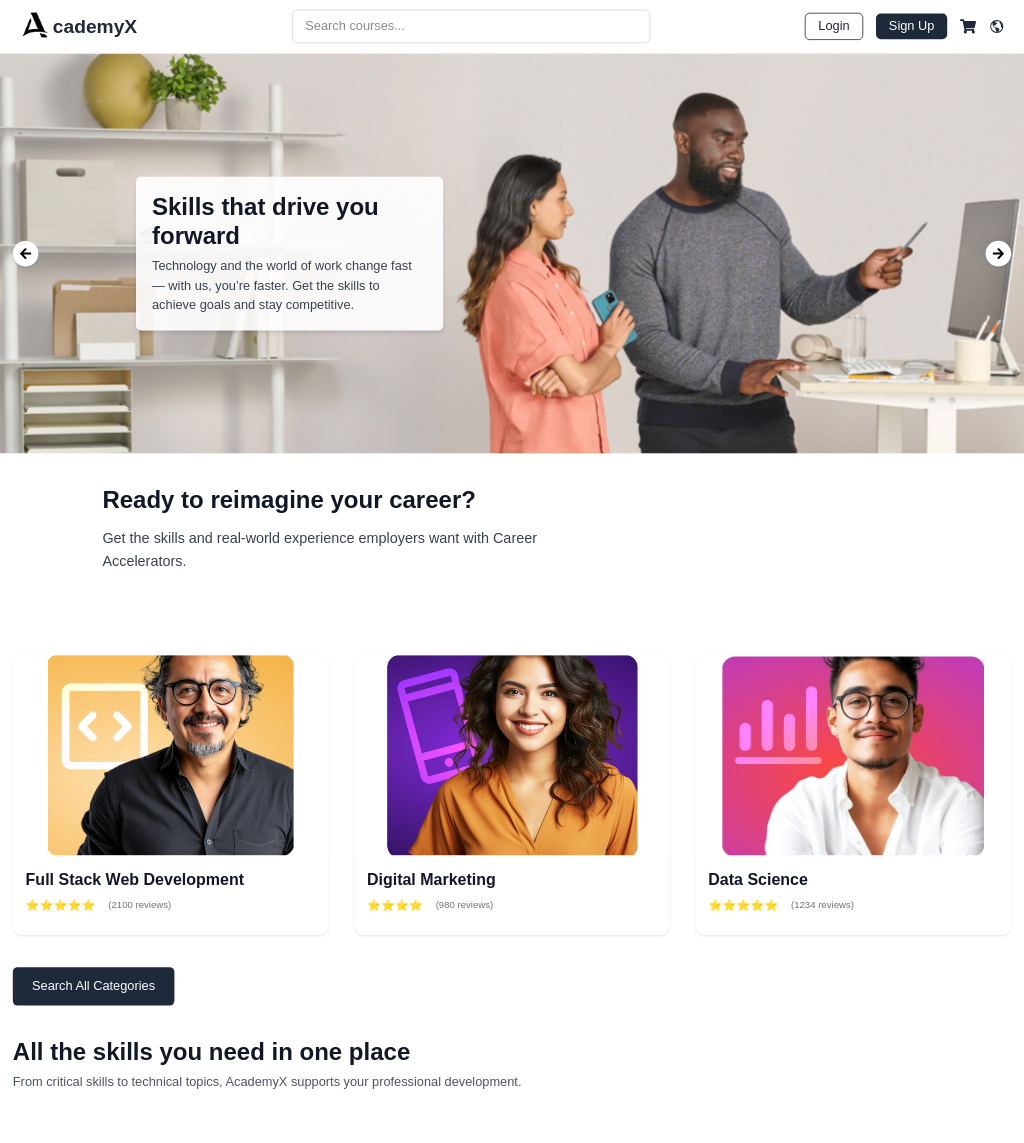
Repository: MohamedSalah54/full-stack-e-learning
Page: / (app in frontend/)
An editor plug-in stored every save of this project. The page is shown before and after the next save, followed by the edit.
The browser window is 1280 px wide. The pictures show the whole page, at 80% of full size.
The project was rebuilt for these pictures with package versions that can differ from the ones it lists, and the page was loaded fresh each time. The framework's server and built-in components were replaced by stand-ins that run in the browser. Also part of the build but not shown: frontend/next.config.ts.

Above is the page before, as saved 2025-06-15 14:55:09.

After the next save:
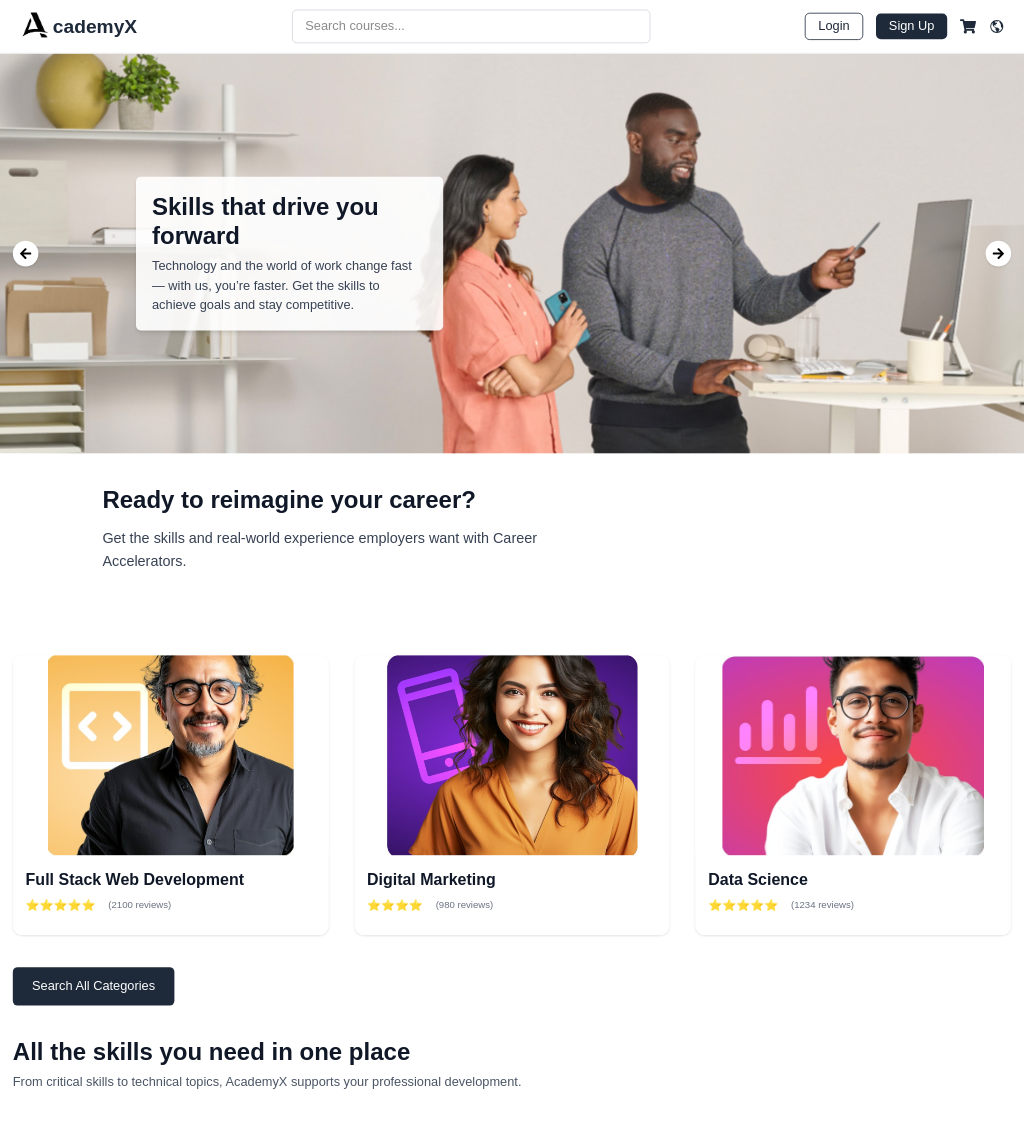
Saved 43 s later.
--- a/frontend/src/components/home/HeroBannerSlider.tsx
+++ b/frontend/src/components/home/HeroBannerSlider.tsx
@@ -28,7 +28,7 @@
               key={index}
               src={slide.image}
               alt="Hero"
-              className={`absolute top-0 left-0 w-full h-full object-cover object-[45%] transition-opacity duration-700 ${
+              className={`absolute top-0 left-0 w-full h-full object-cover object-[60%] transition-opacity duration-700 ${
                 index === current ? "opacity-100 z-10" : "opacity-0 z-0"
               }`}
             />
